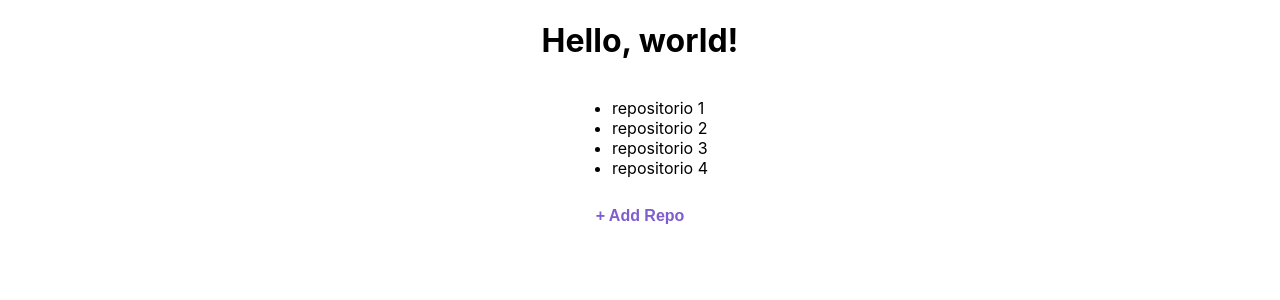
Repository: thiagolucio/react-hooks-use
Page: /
These files come from the project's save history. The page is drawn as it stood at one moment and after the next save; the edit follows.
The browser window is 1280 px wide. The pictures show the whole page.
The pointer rests on the first visible `.buttonApp`.
The project was rebuilt for these pictures with package versions that can differ from the ones it lists, and the page was loaded fresh each time.

Above is the page before, as saved 2022-03-08 17:04:17.

After the next save:
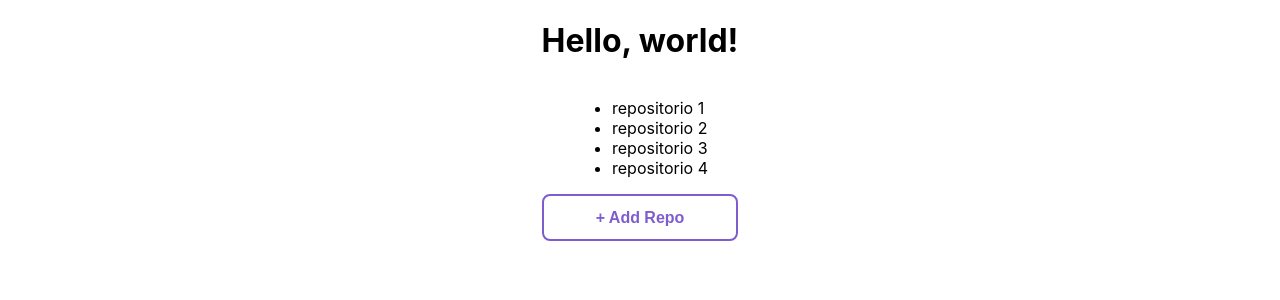
Saved 41 s later.
--- a/src/Components/UseStateExample.css
+++ b/src/Components/UseStateExample.css
@@ -10,7 +10,7 @@
 
 .buttonApp:hover {
     background-color: white;
-    border: 2px inside #7f5dce;
+    border: 2px solid #7f5dce;
     color: #7f5dce;
     transition: all 0.5s ease-in;
     cursor: pointer;
